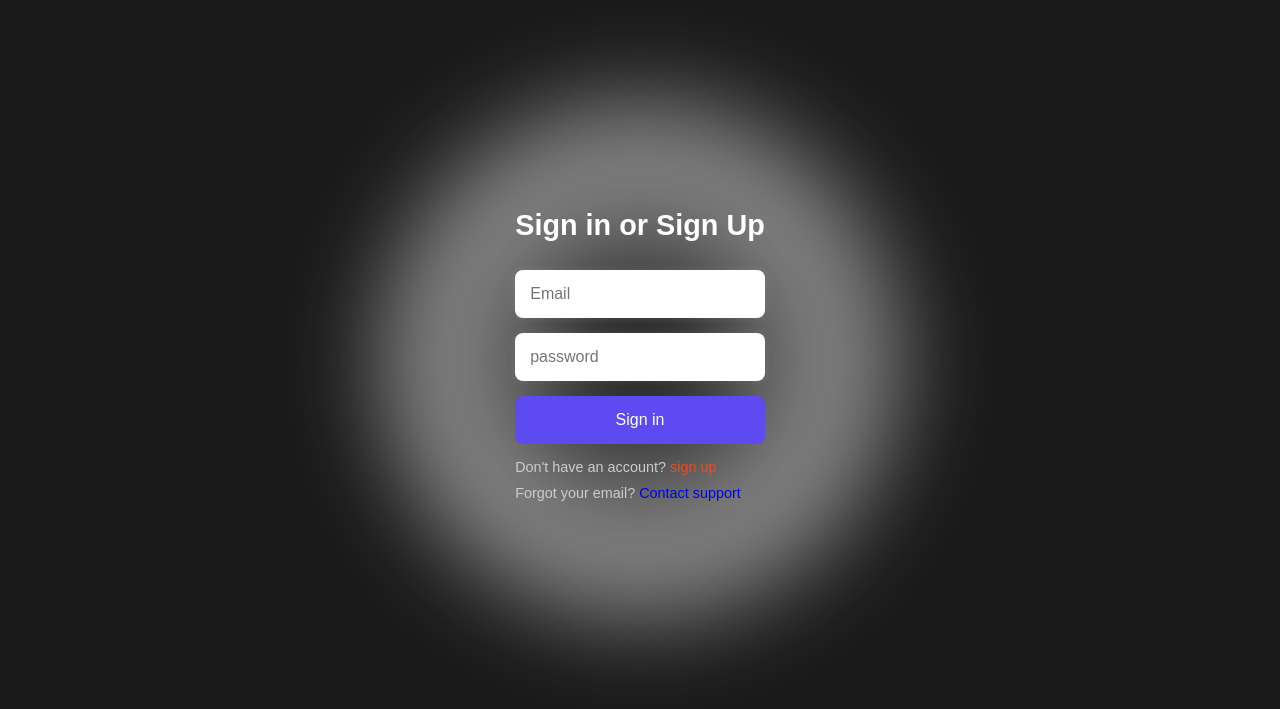
Repository: cmd-keyu/mobileppsh
Page: pages/login.html
These files come from the project's save history. The page is drawn as it stood at one moment and after a run of saves; the edit follows.
The browser window is 1280 px wide. The pictures show the whole page.

Above is the page before, as saved 2024-11-12 00:31:12.

### pages/login.html
<!DOCTYPE html>
<html lang="en">
<head>
  <meta charset="UTF-8">
  <meta name="viewport" content="width=device-width, initial-scale=1.0">
  <title>Sign In Form</title>
  <link rel="stylesheet" href="../css/login.css">
  <script src="../javascript/login.js" defer></script>
</head>
<body>
  <div class="container">
    <div class="glow-box">
      <h2 style="color: white;">Sign in or Sign Up</h2>
      <br>
      <!-- <p>All that is required is only your email for sign-up or sign-in!!</p> -->
      <form action="account.html">
        <div class="sign-up">
            <input type="text" placeholder="name" class="disabled-btn">
            <br>
            <br>
            <input type="text" placeholder="address (Optional)">
            <br>
            </div>
        <input type="email" placeholder="Email" required>
        <input type="password" placeholder="password" required>
        <button type="submit" class="sign-in-btn-hide">Sign in</button>
        <button type="submit" class="sign-up-btn-hide">Sign up</button>
      </form>
      <div class="support">
        <p class="sign-up-text-hide">Don't have an account? <label for="sign-up-btn" class="colorsnup">sign up</label><button class="sign-up-btn hide-btn2" id="sign-up-btn">sign up</button></p>
        <p class="sign-in-text-hide">Already have an account? <label for="sign-in-btn" class="colorsnup">sign in</label><button class="sign-in-btn hide-btn2" id="sign-in-btn">sign in</button></p>
        <p>Forgot your email? <a href="#">Contact support</a></p>
      </div>
    </div>
  </div>
</body>
</html>

### css/login.css
* {
    margin: 0;
    padding: 0;
    box-sizing: border-box;
    font-family: Arial, sans-serif;
  }

  body {
    display: flex;
    justify-content: center;
    align-items: center;
    height: 100vh;
    background-color: #1a1a1a;
  }

  .container {
    display: flex;
    justify-content: center;
    align-items: center;
    height: 100%;
  }

  .glow-box::before {
    content: '';
    position: absolute;
    top: 50%;
    left: 50%;
    width: 500px;
    height: 500px;
    background: radial-gradient(circle, black, white);
    transform: translate(-50%, -50%);
    z-index: -1;
    border-radius: 50%;
    filter: blur(50px);
  }

  h2 {
    font-size: 1.8em;
    margin-bottom: 10px;
  }
  label:hover{

    text-decoration: underline;

  }

  p {
    margin-bottom: 10px;
    font-size: 0.9em;
    color: #ccc;
  }

  form {
    display: flex;
    flex-direction: column;
    gap: 15px;
  }

  input[type="email"] {
    padding: 15px;
    font-size: 1em;
    border: none;
    border-radius: 8px;
    outline: none;
    width: 100%;
    box-shadow: 0 0 8px rgba(255, 255, 255, 0.1);
  }
  input[type="password"] {
    padding: 15px;
    font-size: 1em;
    border: none;
    border-radius: 8px;
    outline: none;
    width: 100%;
    box-shadow: 0 0 8px rgba(255, 255, 255, 0.1);
  }

  input[type="text"] {
    padding: 15px;
    font-size: 1em;
    border: none;
    border-radius: 8px;
    outline: none;
    width: 100%;
    box-shadow: 0 0 8px rgba(255, 255, 255, 0.1);
  }

  button {
    padding: 15px;
    font-size: 1em;
    background-color: #5e4af1;
    color: #fff;
    border: none;
    border-radius: 8px;
    cursor: pointer;
    transition: background 0.3s;
  }

  button:hover {
    background-color: #4a3bdb;
  }

  .support {
    margin-top: 15px;
  }

  .support a {
    color: #background-color: rgb(234, 79, 33);;
    text-decoration: none;
  }

  .support a:hover {
    text-decoration: underline;
  }

  .sign-up{
    display: none;
  }

  .colorsnup{
    color: rgb(234, 79, 33);
  }

  .sign-up-btn-hide{
    display: none;
  }

  .hide-btn2{
    display: none;
  }

  .sign-in-text-hide{
    display: none;
  }

### javascript/login.js

const sign_up = document.querySelector('.sign-up')
const sign_up_btn = document.querySelector('.sign-up-btn')
const sign_in_btn = document.querySelector('.sign-in-btn')
const sign_in_btn_hide = document.querySelector('.sign-in-btn-hide')
const sign_up_btn_hide = document.querySelector('.sign-up-btn-hide')
const sign_in_text_hide = document.querySelector('.sign-in-text-hide')
const sign_up_text_hide = document.querySelector('.sign-up-text-hide')
const disabled_btn = document.querySelector('.disabled-btn')

sign_up_btn.addEventListener("click", () => {

  sign_up.style.display = 'block'
  sign_in_btn_hide.style.display = 'none'
  sign_up_btn_hide.style.display = 'block'
  sign_in_text_hide.style.display = 'block'
  sign_up_text_hide.style.display = 'none'
  disabled_btn.setAttribute('required', true)

})

sign_in_btn.addEventListener("click", () => {

  sign_up.style.display = 'none'
  sign_in_btn_hide.style.display = 'block'
  sign_up_btn_hide.style.display = 'none'
  sign_in_text_hide.style.display = 'none'
  sign_up_text_hide.style.display = 'block'
  disabled_btn.setAttribute('required', false)

})

After the next 2 saves:
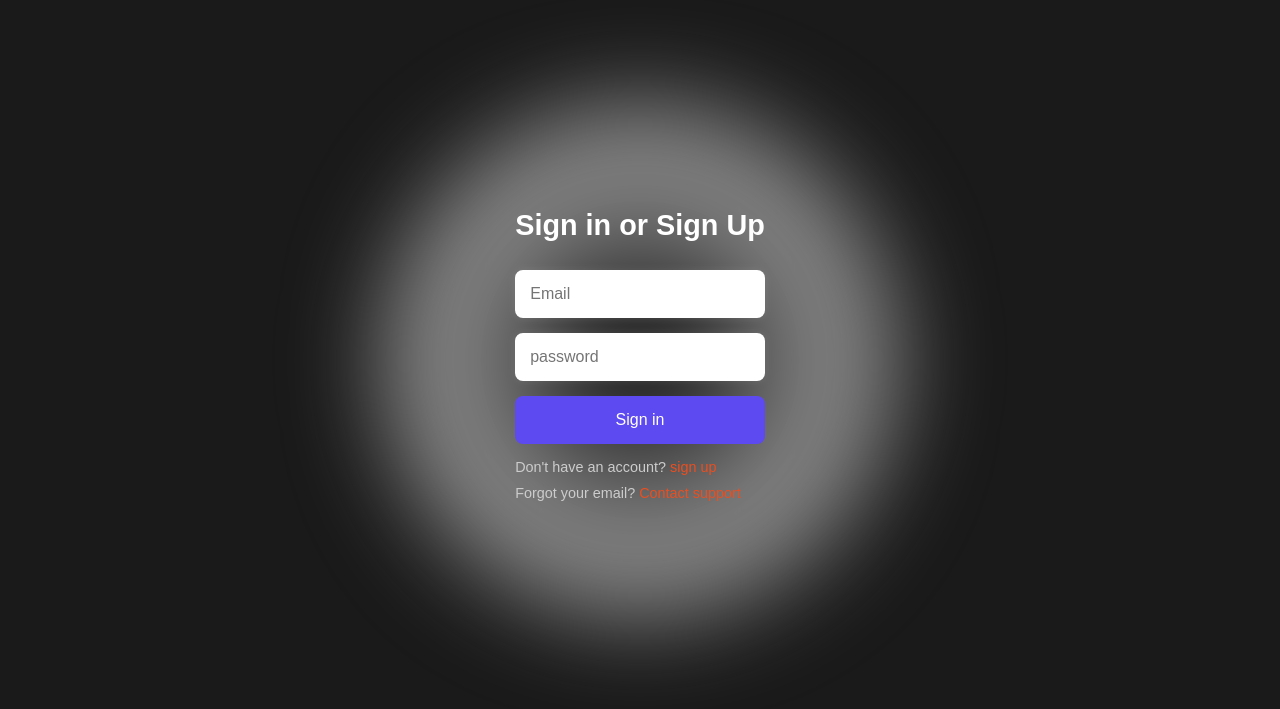
The 2 saves are shown as one change because they came seconds apart.
The last was saved 8 s later.
--- a/css/login.css
+++ b/css/login.css
@@ -105,7 +105,7 @@
   }
 
   .support a {
-    color: #background-color: rgb(234, 79, 33);;
+    color:rgb(234, 79, 33);
     text-decoration: none;
   }
 
